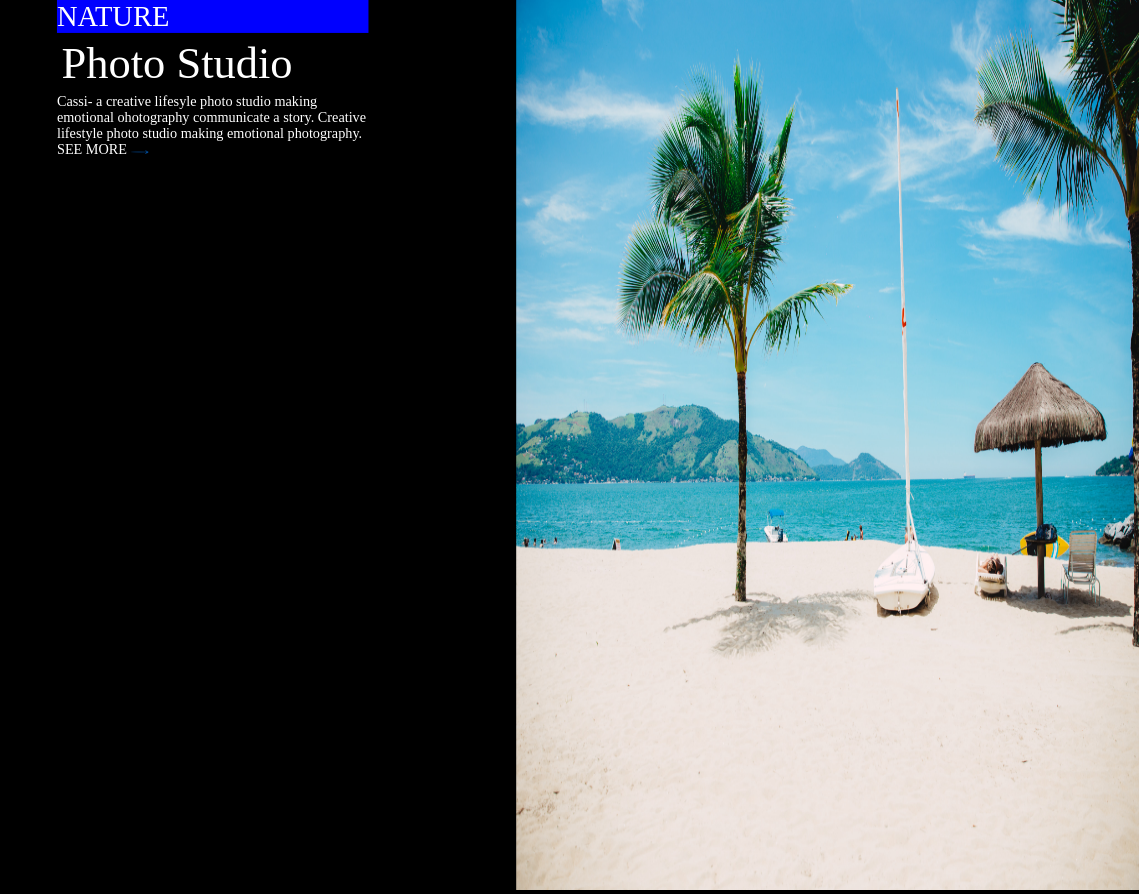
Repository: BRAspeaks/petty-project1
Page: petty project 1.html
An editor plug-in stored every save of this project. The page is shown before and after the next save, followed by the edit.
The browser window is 1280 px wide. The pictures show the whole page, at 89% of full size.

Above is the page before, as saved 2022-07-25 15:14:53.

### petty project 1.html
<!DOCTYPE html>
<html lang="en">
    <head>
        <meta charset="UTF-8">
        <meta http-equiv="X-UA-Compatible" content="IE=edge">
        <meta name="viewport" content="width=device-width, initial-scale=1.0">
        <title> Photo Studio</title>
        <link rel="stylesheet" href="pettyproject1.css">
    </head>
    <body>
        <div class="main">
            <p class="Nature"> NATURE</p>
            <p class="photo">Photo Studio</p>
            <p class="bodice">Cassi- a creative lifesyle photo studio making emotional ohotography communicate a story. Creative lifestyle photo studio making emotional photography.</p>
            <p class="more">SEE MORE </p>
            <img src="bluearrow.png" class="arrow">
        </div>
        <div class="image">
            <img src="beach.jpg" class="beach" >
        </div>
    </body>
</html>

### pettyproject1.css
* {
    margin: 0;
    padding: 0;
    box-sizing: border-box;
}
body{
    background-color: black;
    color: white;
    display: flex;
    justify-items: center;
    justify-content: space-between;
}
.main{
    text-align: left;
    width: 350px;
    /* margin-top: 50%;
    margin-bottom: 50%; */
    margin-left: 5%;
    margin-right: 5%;
}
.Nature{
    background-color: blue;
    /* width:70px; */
    font-size: 2rem;
}
.photo{
    font-size: 50px;
    margin: 5px;
}
.arrow{
    width:20px;
}
.more, .arrow {
    display: inline-block
}
.main, .image{
    /* display:inline-block; */
}
.image{
    /* text-align: right;    */
}
.beach{
    width: 700px;
    height: 1000px;
    /* margin-bottom: -500px; */
}

After the next save:
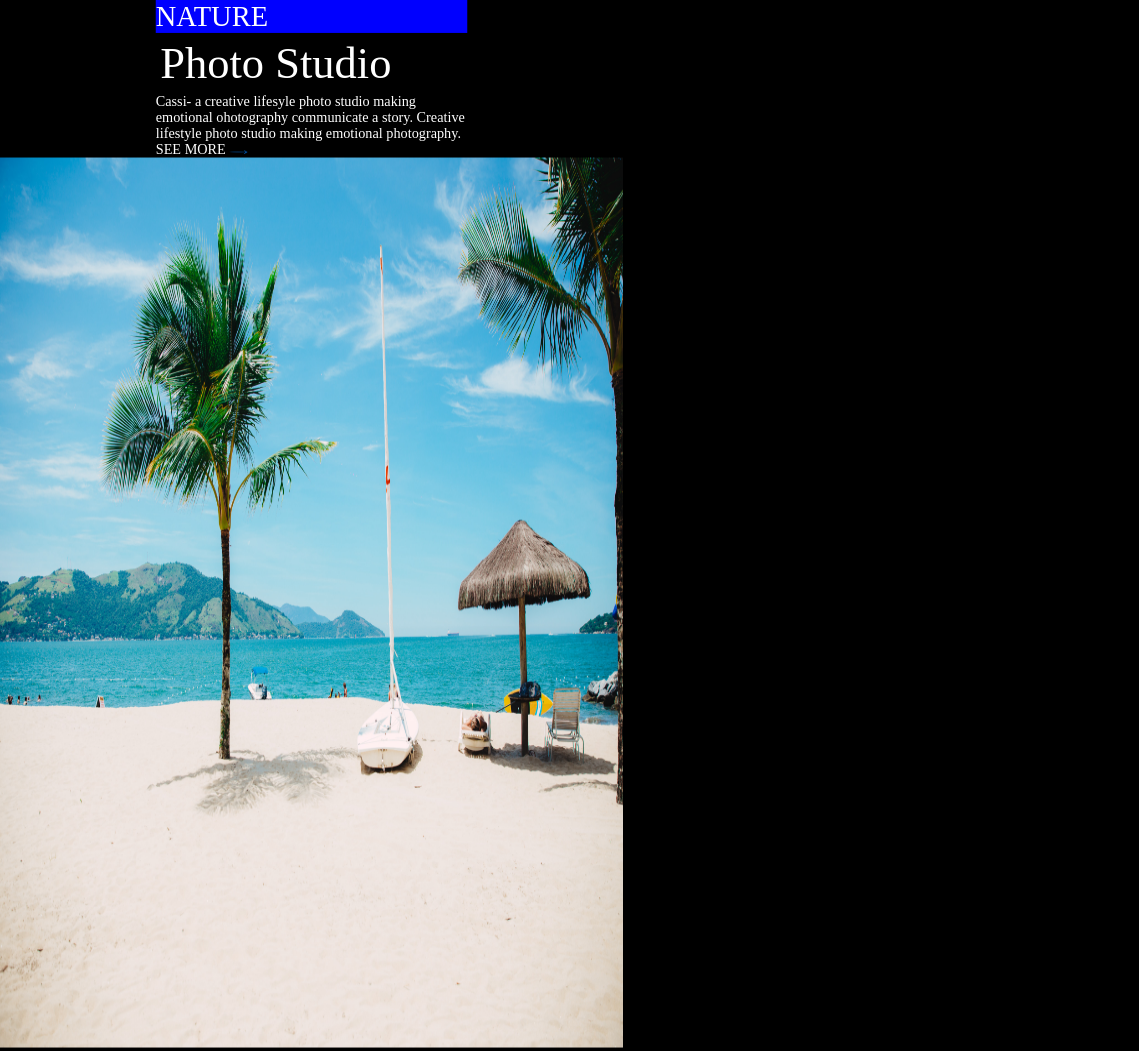
Saved 51 s later.
--- a/pettyproject1.css
+++ b/pettyproject1.css
@@ -6,7 +6,7 @@
 body{
     background-color: black;
     color: white;
-    display: flex;
+    display: grid;
     justify-items: center;
     justify-content: space-between;
 }

After the 2 saves that followed:
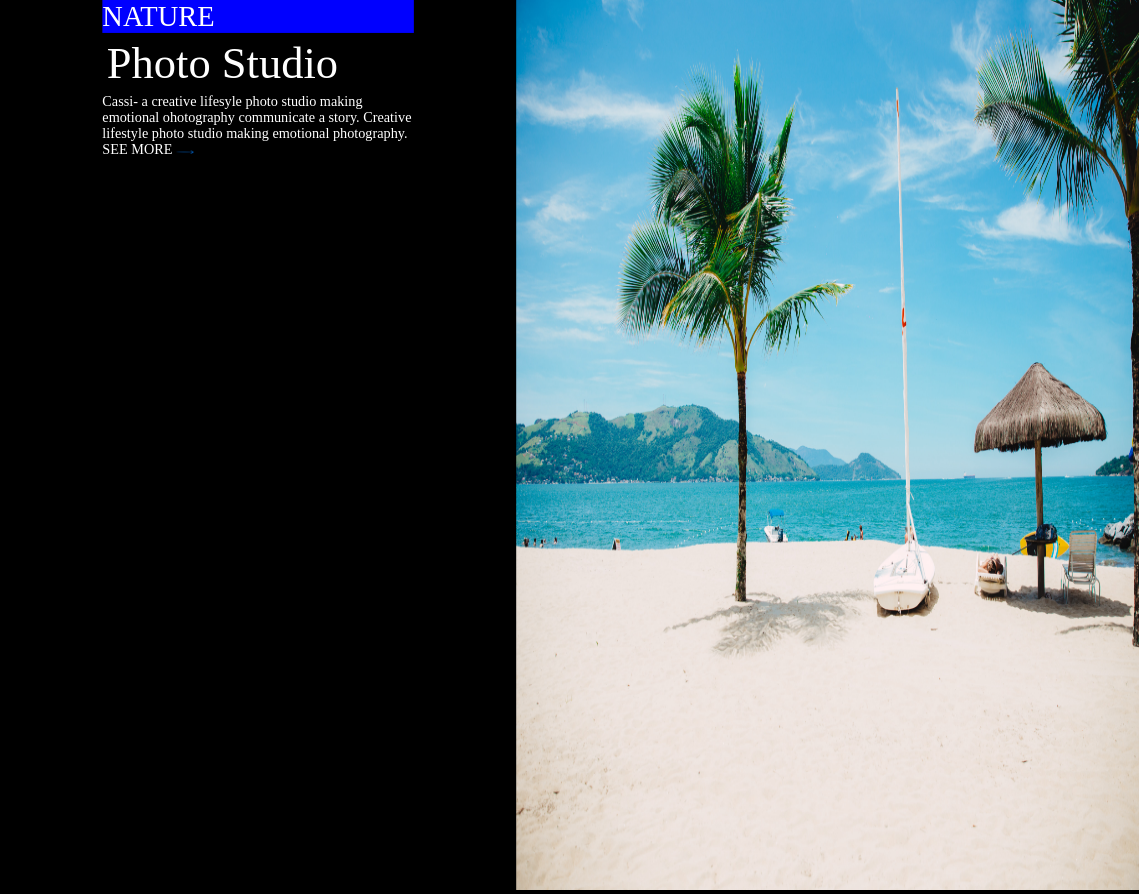
The 2 saves are shown as one change because 1 left the picture as it was.
The last was saved 8 s later.
--- a/pettyproject1.css
+++ b/pettyproject1.css
@@ -7,6 +7,7 @@
     background-color: black;
     color: white;
     display: grid;
+    grid-template-columns: 1fr 1fr;
     justify-items: center;
     justify-content: space-between;
 }
